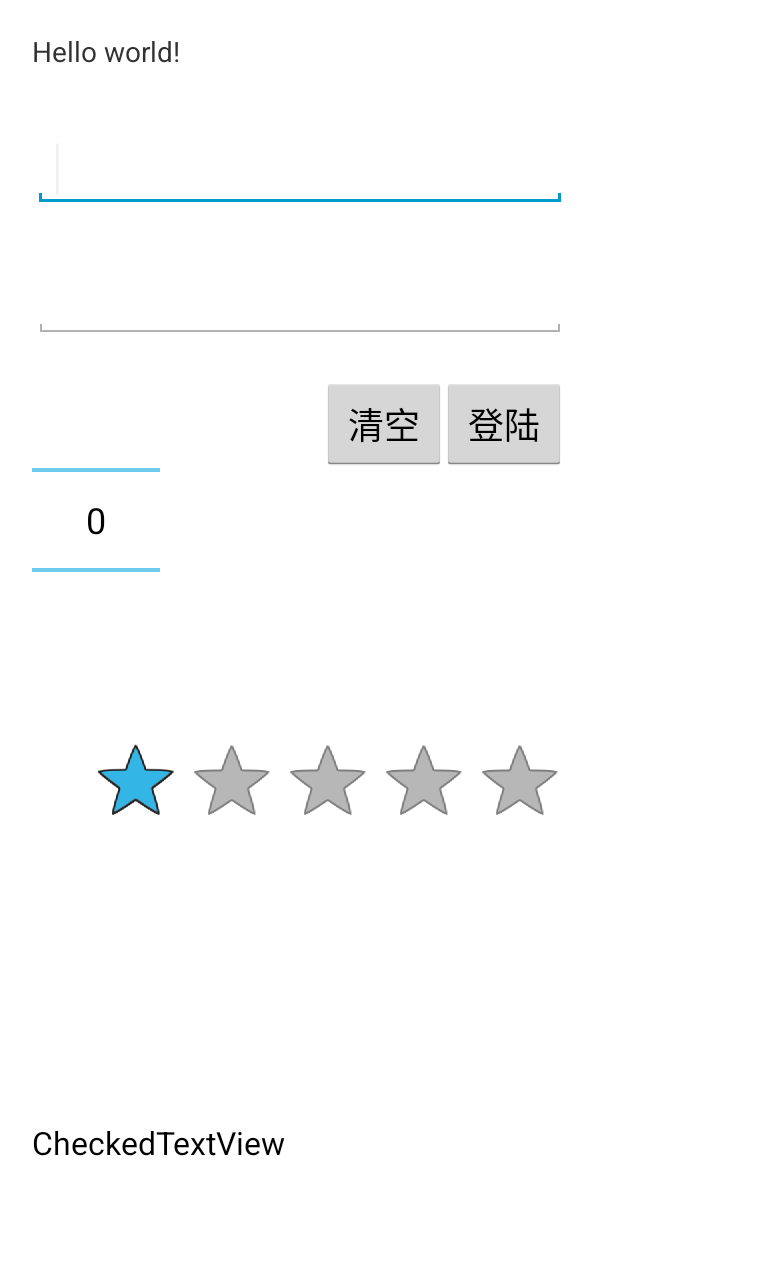
Repository: moetmd/learning-Android
Layout: MyApp/res/layout/activity_main.xml
These files come from the project's save history. The layout is drawn as it stood at one moment and after the next save; the edit follows.
It is drawn on a 768 x 1280 px phone screen (xhdpi) without system bars, with theme AppTheme; the app's code is not run. The app's manifest (not shown) leaves right-to-left support off. So textAlignment, textDirection and layoutDirection are ignored, and left and right values win over start and end ones.

Above is the layout before, as saved 2014-11-18 00:38:20.

### MyApp/res/layout/activity_main.xml
<RelativeLayout xmlns:android="http://schemas.android.com/apk/res/android"
    xmlns:tools="http://schemas.android.com/tools"
    android:layout_width="match_parent"
    android:layout_height="match_parent"
    android:paddingBottom="@dimen/activity_vertical_margin"
    android:paddingLeft="@dimen/activity_horizontal_margin"
    android:paddingRight="@dimen/activity_horizontal_margin"
    android:paddingTop="@dimen/activity_vertical_margin"
    tools:context="org.niit.myapp.MainActivity$PlaceholderFragment" >

    <TextView
        android:id="@+id/textView1"
        android:layout_width="wrap_content"
        android:layout_height="wrap_content"
        android:text="@string/hello_world"
        android:textAlignment="center"
         />

    <LinearLayout
        android:id="@+id/linearLayout1"
        android:layout_width="wrap_content"
        android:layout_height="wrap_content"
        android:layout_alignLeft="@+id/textView1"
        android:layout_below="@+id/textView1"
        android:orientation="vertical" >

     <EditText
        android:id="@+id/editText1"
        android:layout_width="268dp"
        android:layout_height="wrap_content"

        android:layout_marginTop="30dp"
        android:ems="10" />

     <EditText
        android:id="@+id/editText2"
        android:layout_width="match_parent"
        android:layout_height="wrap_content"
        android:layout_marginTop="26dp"
        android:ems="10"
        android:inputType="textPassword" />

        <requestFocus />

    </LinearLayout>

    <Button
        android:id="@+id/button1"
        android:layout_width="wrap_content"
        android:layout_height="wrap_content"
        android:layout_below="@+id/linearLayout1"
        android:layout_centerHorizontal="true"
        android:layout_marginTop="18dp"
        android:text="@string/reset" />

    <Button
        android:id="@+id/button2"
        android:layout_width="wrap_content"
        android:layout_height="wrap_content"
        android:layout_alignBaseline="@+id/button1"
        android:layout_alignBottom="@+id/button1"
        android:layout_alignRight="@+id/linearLayout1"
        android:text="@string/login" />

    <NumberPicker
        android:id="@+id/numberPicker1"
        android:layout_width="wrap_content"
        android:layout_height="wrap_content"
        android:layout_alignLeft="@+id/linearLayout1"
        android:layout_below="@+id/linearLayout1" />

    <CheckedTextView
        android:id="@+id/cTextView1"
        android:layout_width="wrap_content"
        android:layout_height="wrap_content"
        android:layout_alignLeft="@+id/numberPicker1"
        android:layout_alignParentBottom="true"
        android:layout_marginBottom="42dp"
        android:text="CheckedTextView" />

    <RatingBar
        android:id="@+id/ratingBar1"
        android:layout_width="wrap_content"
        android:layout_height="wrap_content"
        android:layout_alignRight="@+id/button2"
        android:layout_below="@+id/numberPicker1"
        android:layout_marginTop="16dp"
        android:max="5"
        android:numStars="5"
        android:rating="1"
        android:stepSize="1" />

</RelativeLayout>

### MyApp/res/values/strings.xml
<?xml version="1.0" encoding="utf-8"?>
<resources>

    <string name="app_name">Eclipse</string>
    <string name="hello_world">Hello world!</string>
    <string name="action_settings">Settings</string>
    <string name="new_project">new project</string>
    <string name="login">登陆</string>
	<string name="reset">清空</string>
</resources>

Loaded but not shown: MyApp/res/values/styles.xml (common file); MyApp/res/values-v11/styles.xml (common file); MyApp/res/values-v14/styles.xml (common file); MyApp/res/values/dimens.xml (common file); MyApp/res/values-w820dp/dimens.xml (common file)

After the next save:
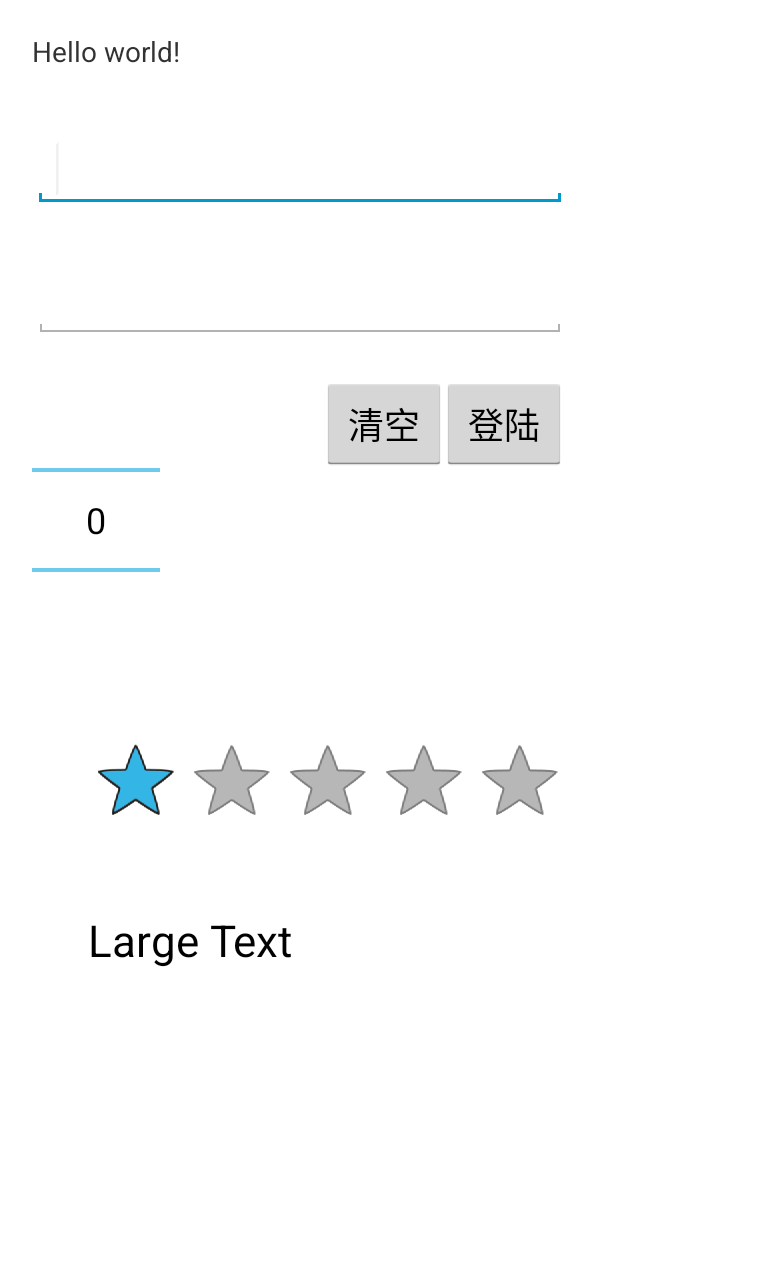
Saved 16 min 40 s later.
--- a/MyApp/res/layout/activity_main.xml
+++ b/MyApp/res/layout/activity_main.xml
@@ -69,15 +69,6 @@
         android:layout_alignLeft="@+id/linearLayout1"
         android:layout_below="@+id/linearLayout1" />
 
-    <CheckedTextView
-        android:id="@+id/cTextView1"
-        android:layout_width="wrap_content"
-        android:layout_height="wrap_content"
-        android:layout_alignLeft="@+id/numberPicker1"
-        android:layout_alignParentBottom="true"
-        android:layout_marginBottom="42dp"
-        android:text="CheckedTextView" />
-
     <RatingBar
         android:id="@+id/ratingBar1"
         android:layout_width="wrap_content"
@@ -90,4 +81,14 @@
         android:rating="1"
         android:stepSize="1" />
 
+    <TextView
+        android:id="@+id/textView2"
+        android:layout_width="wrap_content"
+        android:layout_height="wrap_content"
+        android:layout_alignLeft="@+id/ratingBar1"
+        android:layout_below="@+id/ratingBar1"
+        android:layout_marginTop="32dp"
+        android:text="Large Text"
+        android:textAppearance="?android:attr/textAppearanceLarge" />
+
 </RelativeLayout>
